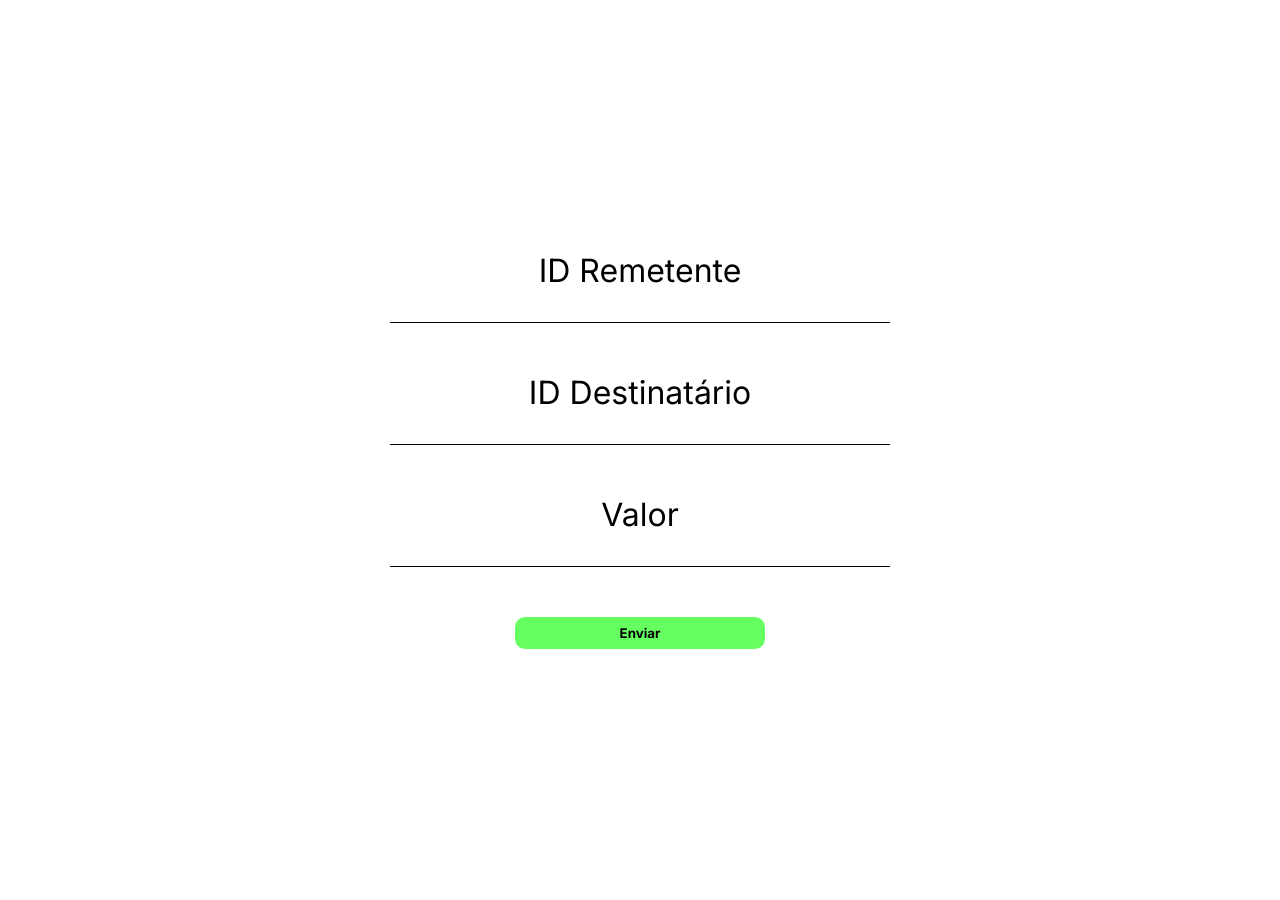
Repository: mateusilva8/tarefa-pix
Page: frontend/pix.html
An editor plug-in stored every save of this project. The page is shown before and after the next save, followed by the edit.
The browser window is 1280 px wide. The pictures show the whole page.

Above is the page before, as saved 2023-10-22 14:19:04.

### frontend/pix.html
<!DOCTYPE html>
<html lang="pt-BR">
<head>
  <meta charset="UTF-8">
  <meta name="viewport" content="width=device-width, initial-scale=1.0">
  <title>PIX</title>
  <link rel="preconnect" href="https://fonts.googleapis.com">
  <link rel="preconnect" href="https://fonts.gstatic.com" crossorigin>
  <link href="https://fonts.googleapis.com/css2?family=Inter:wght@400;700&display=swap" rel="stylesheet">
  <link rel="stylesheet" href="./css/pix.css">
</head>
<body>
    <div class="container">
        <div class="formulario">
            <form id="form">
                <div class="mb-3">
                  <label for="idRemetente" class="form-label">ID Remetente</label>
                  <input type="number" class="form-control" id="idRemetente">
                </div>
                <div class="mb-3">
                  <label for="idDestinatario" class="form-label">ID Destinatário</label>
                  <input type="number" class="form-control" id="idDestinatario">
                </div>
                <div class="mb-3">
                  <label for="valor" class="form-label">Valor</label>
                  <input type="number" class="form-control" id="valor">
                </div>
                <button type="button" class="btn" id="botaoEnviar">Enviar</button>
              </form>
        </div>
    </div>



  <script src="https://code.jquery.com/jquery-3.3.1.slim.min.js" integrity="sha384-q8i/X+965DzO0rT7abK41JStQIAqVgRVzpbzo5smXKp4YfRvH+8abtTE1Pi6jizo" crossorigin="anonymous"></script>
  <script src="https://cdnjs.cloudflare.com/ajax/libs/popper.js/1.14.3/umd/popper.min.js" integrity="sha384-ZMP7rVo3mIykV+2+9J3UJ46jBk0WLaUAdn689aCwoqbBJiSnjAK/l8WvCWPIPm49" crossorigin="anonymous"></script>
  <script src="./js/pix.js"></script>
</body>
</html>

### frontend/css/pix.css
body {
    margin: 0;
    padding: 0;
    font-family: 'Inter', sans-serif;
}

.container {
    display: flex;
    height: 700px;
    margin: 100px;
    justify-content: center;
    align-items: center;
}

.formulario {
    width: 100%;
    display: flex;
    flex-direction: column;
    align-items: center;
}

.formulario form {
    width: 500px;
    display: flex;
    flex-direction: column;
    align-items: center;
}

.mb-3 {
    display: flex;
    flex-direction: column;
    width: 100%;
    margin-bottom: 50px;
    font-size: 2rem;
    text-align: center;
}

input[type=number]::-webkit-inner-spin-button,
    input[type=number]::-webkit-outer-spin-button {
        -webkit-appearance: none;
        margin: 0;
    }

input {
    height: 2rem;
    margin: 0;
    padding: 0;
    border: none;
    border-bottom: 1px solid #000;
    outline: none;

    &:focus {
        border-bottom: 2px solid #00f;
    }
}

.btn {
    width: 250px;
    height: 2rem;
    font-family: 'Inter';
    font-weight: 700;
    background-color: rgb(102, 255, 97);
    border: 0;
    border-radius: 10px;
}

### frontend/js/pix.js
let idRemetente = document.getElementById('idRemetente');
let idDestinatario = document.getElementById('idDestinatario');
let valor = document.getElementById('valor')


async function realizarPix () {
    let payload = {
        senderId: idRemetente.value,
        recipientId: idDestinatario.value,
        value: valor.value,
      };

      let resposta = await fetch(`http://localhost:3000/pix-api/pix`, {
        method: 'POST',
        headers: {
            "Content-type" : 'application/json',
            "Acccept": 'appplication/json'
        },
        body: JSON.stringify(payload)
      });

      let mensagem = await resposta.json()

      if (mensagem.mensagem) {
          console.log(mensagem);
          alert(mensagem.mensagem);
      }else {
        console.log(mensagem);
        if (mensagem.error == 'The attribute "value" is required.')
        alert('Digite um valor válido');
        if (mensagem.error == 'The attribute "senderId" is required.')
        alert('Informe o ID do remetente');
        if (mensagem.error == 'The attribute "recipientId" is required.')
        alert('Informe o ID do destinatário');
      }

}

let botaoPix = document.getElementById('botaoEnviar');
  botaoPix.addEventListener('click', () => {
    realizarPix();
  })

After the next save:
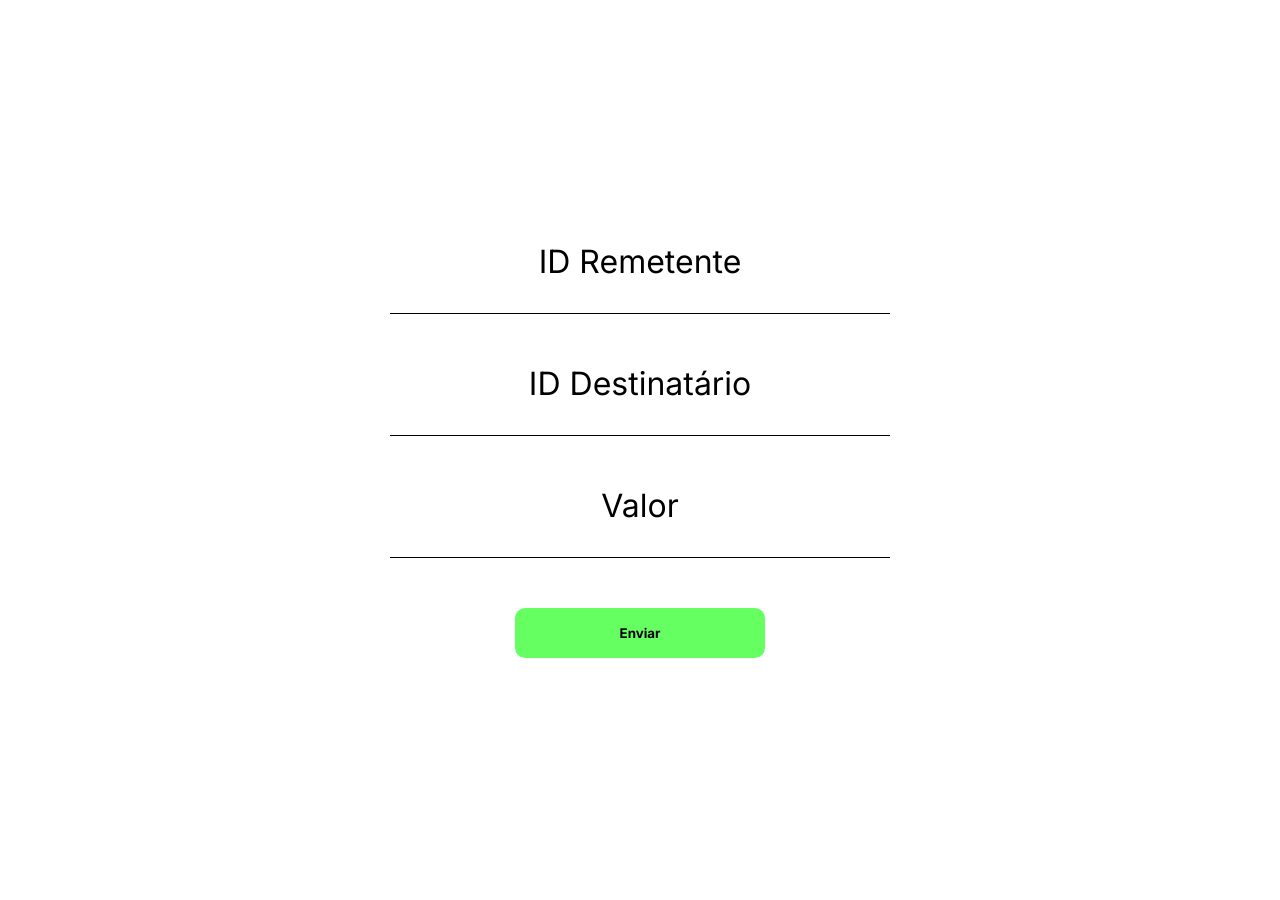
Saved 8 s later.
--- a/frontend/css/pix.css
+++ b/frontend/css/pix.css
@@ -56,7 +56,7 @@ input {
 
 .btn {
     width: 250px;
-    height: 2rem;
+    height: 50px;
     font-family: 'Inter';
     font-weight: 700;
     background-color: rgb(102, 255, 97);
